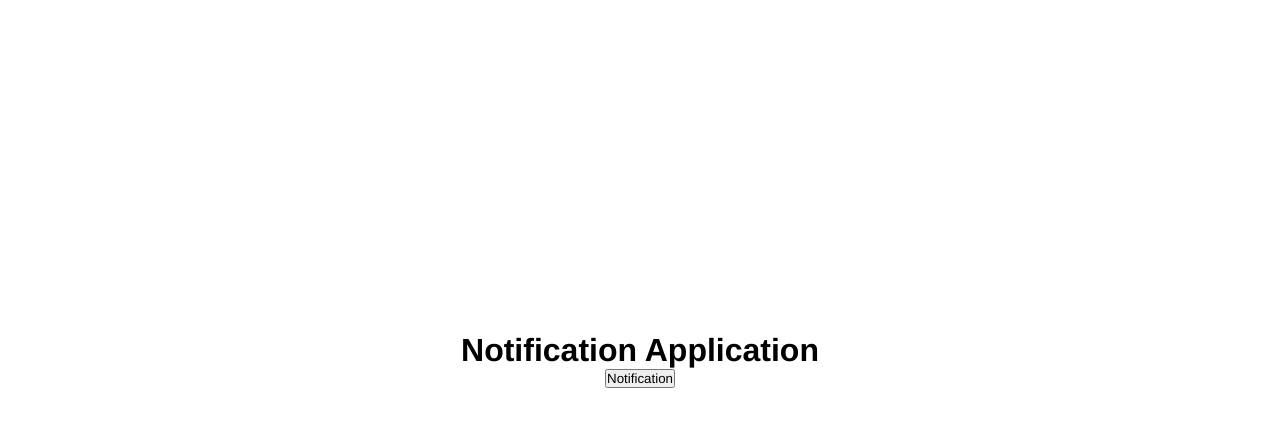
Repository: ThabangMpiti/notification3
Page: / (app in notipopu/)
The author's editor kept a copy of each file at every save. The page is drawn from the files as they stood at one save, then again after the next save.
The browser window is 1280 px wide. The pictures show the whole page.
The project was rebuilt for these pictures with package versions that can differ from the ones it lists, and the page was loaded fresh each time.

Above is the page before, as saved 2023-07-17 02:56:31.

### notipopu/src/index.css
*{
  margin: 0;
  padding: 0;
  box-sizing: border-box;
  font-family: 'Franklin Gothic Medium', 'Arial Narrow', Arial, sans-serif;
}
main {
  padding: 32px;
  display: flex;
  flex-direction: column;
  align-items: center;
  justify-content: center;
  min-height: 100vh;
}

### notipopu/src/App.js


function App() {
  return (
    <div className="App">
    <main>
      <h1>Notification Application</h1>
      <button>Notification</button>
      </main>
    </div>
  );
}

export default App;

Loaded but not shown: notipopu/src/index.js (common file)

After the next save:
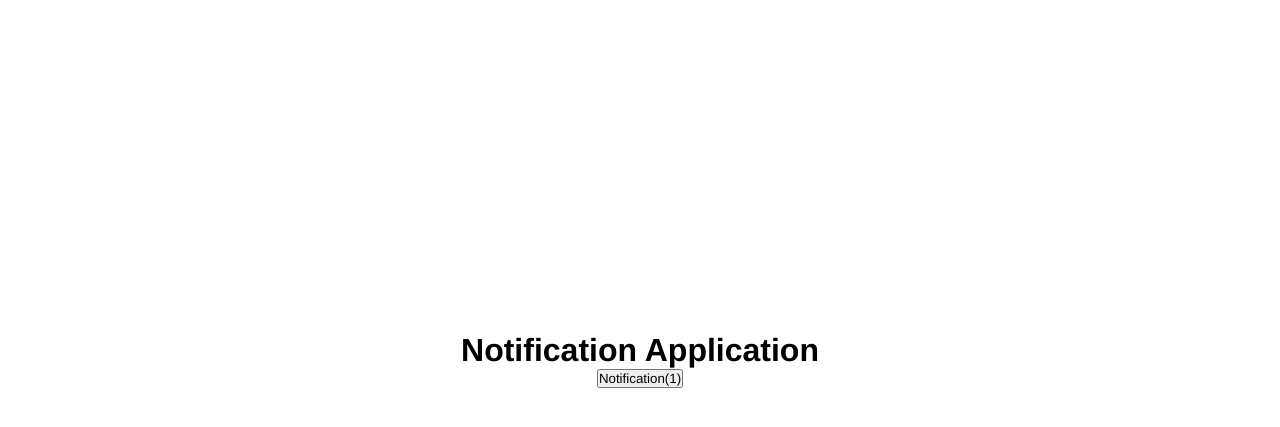
Saved 25 s later.
--- a/notipopu/src/App.js
+++ b/notipopu/src/App.js
@@ -5,7 +5,7 @@ function App() {
     <div className="App">
     <main>
       <h1>Notification Application</h1>
-      <button>Notification</button>
+      <button>Notification(1)</button>
       </main>
     </div>
   );
